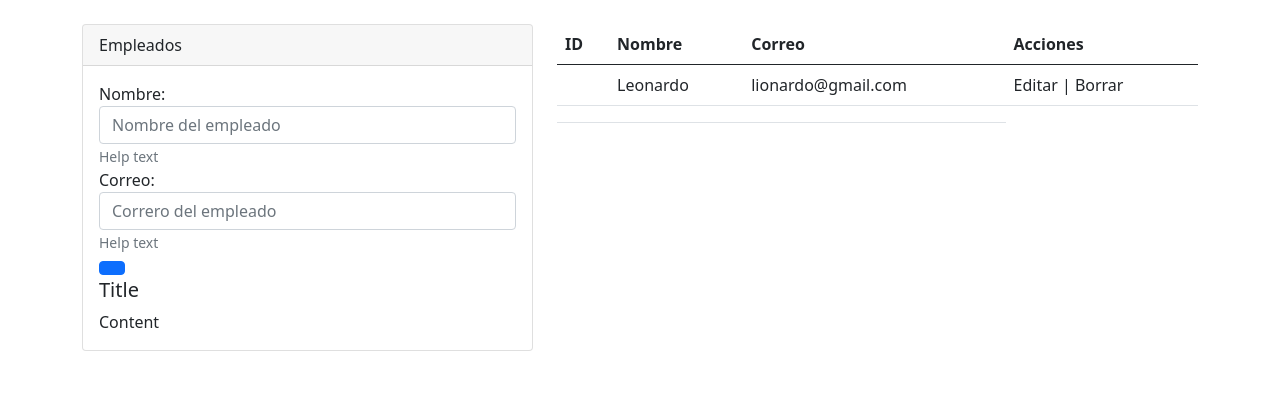
Repository: LionardoGomiz/CRUD-JS-VAINILLA
Page: index.html
An editor plug-in stored every save of this project. The page is shown before and after the next save, followed by the edit.
The browser window is 1280 px wide. The pictures show the whole page.

Above is the page before, as saved 2021-08-09 17:13:21.

### index.html
<!DOCTYPE html>
<html lang="es">
<head>
    <meta charset="UTF-8">
    <meta http-equiv="X-UA-Compatible" content="IE=edge">
    <meta name="viewport" content="width=device-width, initial-scale=1.0">
    <title>CRUD JS Vainilla</title>
    <link href="https://cdn.jsdelivr.net/npm/bootstrap@5.1.0/dist/css/bootstrap.min.css" rel="stylesheet" integrity="sha384-KyZXEAg3QhqLMpG8r+8fhAXLRk2vvoC2f3B09zVXn8CA5QIVfZOJ3BCsw2P0p/We" crossorigin="anonymous">
    <script src="https://cdn.jsdelivr.net/npm/bootstrap@5.1.0/dist/js/bootstrap.bundle.min.js" integrity="sha384-U1DAWAznBHeqEIlVSCgzq+c9gqGAJn5c/t99JyeKa9xxaYpSvHU5awsuZVVFIhvj" crossorigin="anonymous"></script>
</head>
<body>
    <!--<a name=""  id="" class="btn btn-primary" href="#" role="button">Hola </a>-->
    <div class="container">
        <br>
        <div class="row">
            <br>
            <div class="col-md-5">
                    <div class="card">
                        <div class="card-header">
                            Empleados
                        </div>
                        <div class="card-body">
                            <form action="javascript:void(0);" method="POST">
                                    <div class="form-group">
                                      <label for="">Nombre:</label>
                                      <input type="text" class="form-control" name="nombre" id="nombre" aria-describedby="helpId" placeholder="Nombre del empleado">
                                      <small id="helpId" class="form-text text-muted">Help text</small>
                                    </div>
                                   <div class="form-group">
                                     <label for="">Correo:</label>
                                     <input type="text" class="form-control" name="nombre" id="nombre" aria-describedby="helpId" placeholder="Correro del empleado">

                                     <small id="helpId" class="form-text text-muted">Help text</small>
                                   </div>
                            </form>
                            <button type="button" class="btn btn-primary"></button>
                            <h5 class="card-title">Title</h5>
                            <p class="card-text">Content</p>
                        </div>
                    </div>


            </div>
            <div class="col-md-7">
                <table class="table">
                    <thead>
                        <tr>
                            <th>ID</th>
                            <th>Nombre</th>
                            <th>Correo</th>
                            <th>Acciones</th>
                        </tr>
                    </thead>
                    <tbody>
                        <tr>
                            <td></td>
                            <td scope="row">Leonardo</td>
                            <td>lionardo@gmail.com</td>
                            <td>Editar | Borrar</td>
                        </tr>
                        <tr>
                            <td scope="row"></td>
                            <td></td>
                            <td></td>
                        </tr>
                    </tbody>
                </table>
            </div>
        </div>
    </div>
</body>
</html>

After the next save:
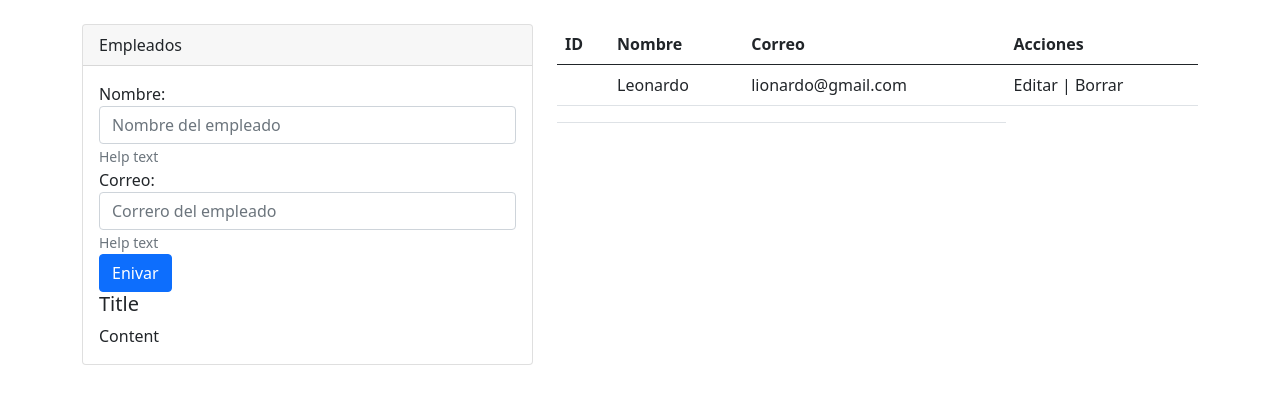
Saved 11 s later.
--- a/index.html
+++ b/index.html
@@ -33,7 +33,7 @@
                                      <small id="helpId" class="form-text text-muted">Help text</small>
                                    </div>
                             </form>
-                            <button type="button" class="btn btn-primary"></button>
+                            <button type="button" class="btn btn-primary">Enivar</button>
                             <h5 class="card-title">Title</h5>
                             <p class="card-text">Content</p>
                         </div>
